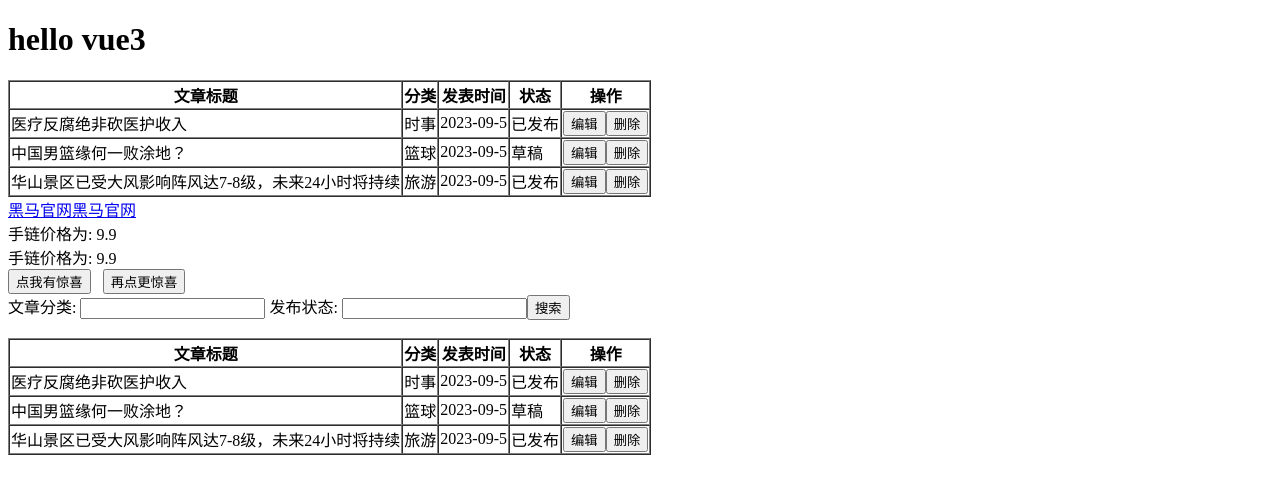
Repository: Viana05/MRGIS_front
Page: vue_learn.html
The author's editor kept a copy of each file at every save. The page is drawn from the files as they stood at one save, then again after the next save.
The browser window is 1280 px wide. The pictures show the whole page.

Above is the page before, as saved 2025-03-10 21:51:35.

After the next save:
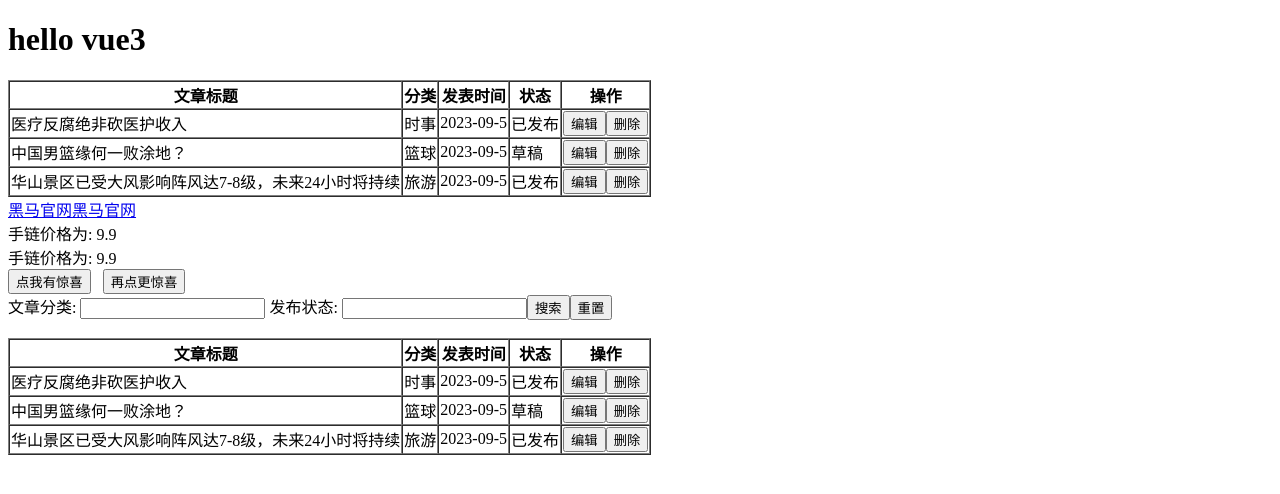
Saved 3 min 23 s later.
--- a/vue_learn.html
+++ b/vue_learn.html
@@ -55,6 +55,7 @@
       发布状态: <input type="text" v-model="searchConditions.state"/>
 
       <button>搜索</button>
+      <button @click="clear">重置</button>
 
       <br />
       <br />
@@ -132,6 +133,12 @@
           love: function () {
             alert("爱你一万年");
           },
+          // v-model 双向绑定数据
+          // this表示vue实例，可获取其中的数据
+          clear:function(){
+            this.searchConditions.categhory=''
+            this.searchConditions.state=''
+          }
         },
       }).mount("#app");
     </script>
